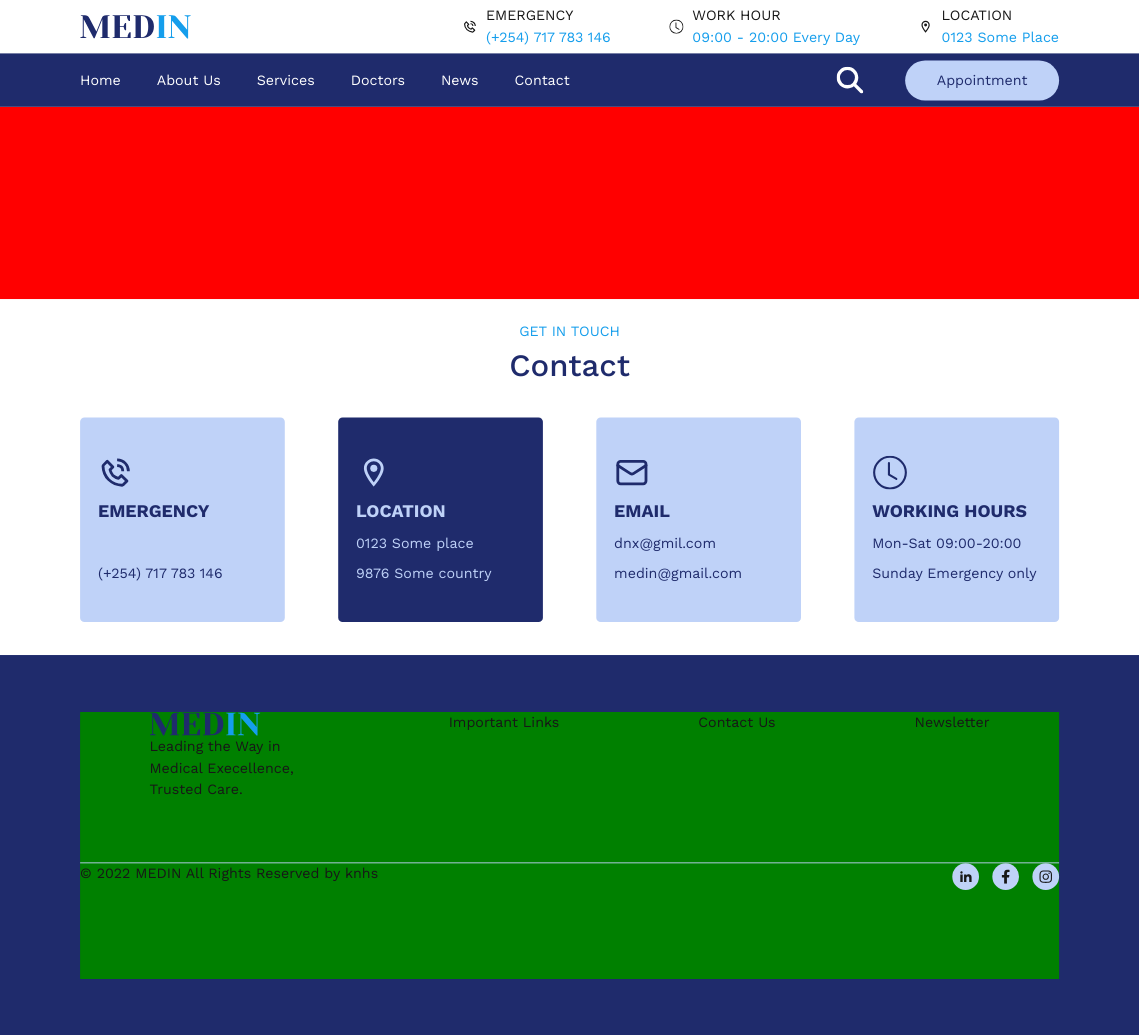
Repository: SynHK3/Poc_Hospital
Page: /appointment (app in fe_hospital/)
An editor plug-in stored every save of this project. The page is shown before and after the next save, followed by the edit.
The browser window is 1280 px wide. The pictures show the whole page, at 89% of full size.
The project was rebuilt for these pictures with package versions that can differ from the ones it lists, and the page was loaded fresh each time. The framework's server and built-in components were replaced by stand-ins that run in the browser. Also part of the build but not shown: fe_hospital/next.config.ts.

Above is the page before, as saved 2025-09-02 16:41:11.

After the next save:
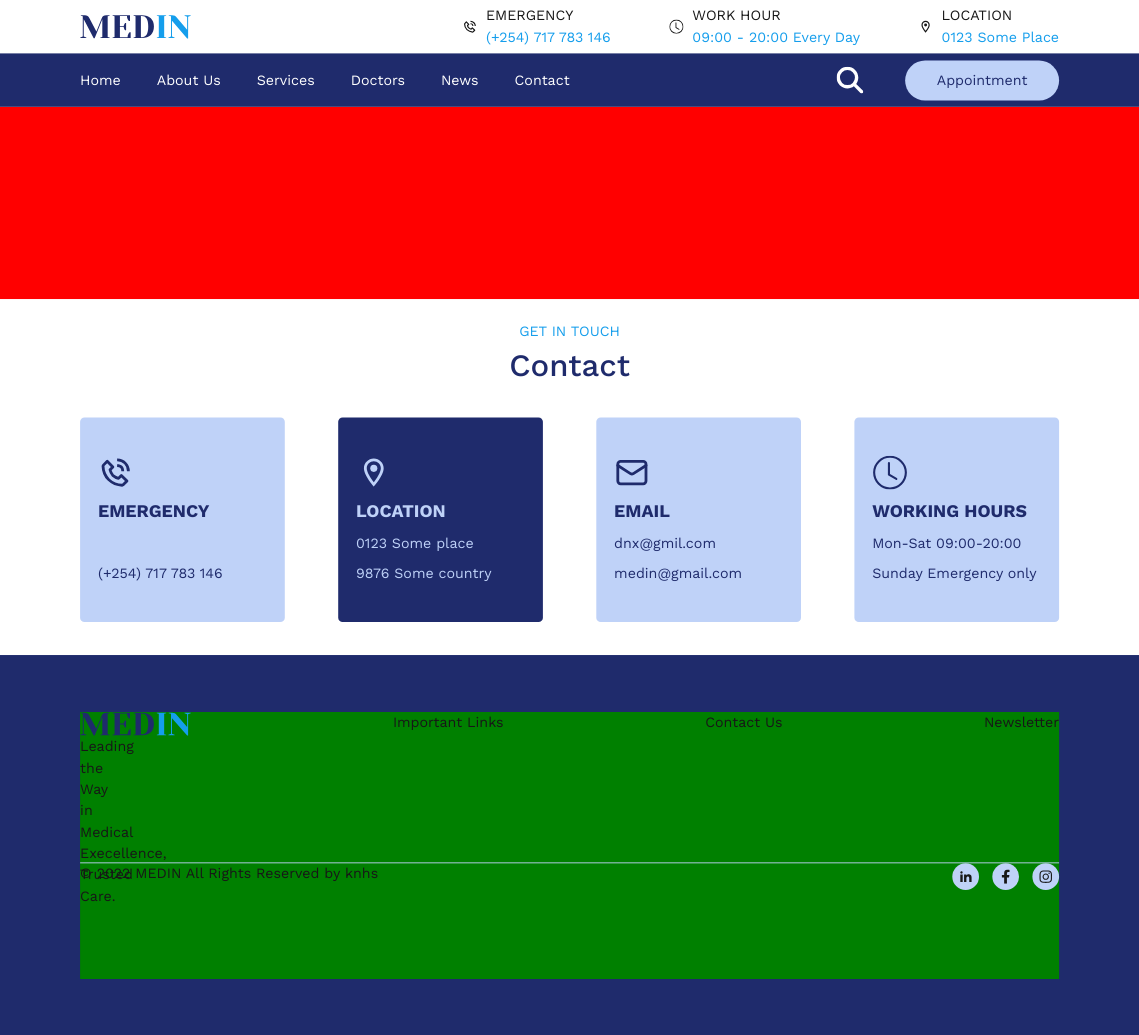
Saved 8 s later.
--- a/fe_hospital/src/components/footer/footer.css
+++ b/fe_hospital/src/components/footer/footer.css
@@ -16,12 +16,12 @@
 /* Footer Items  */
 .list__footer--item {
   display: flex;
-  justify-content: space-around;
+  justify-content: space-between;
   height: 169px;
 }
 
 .headline__footer {
-  width: 180px;
+  width: 10px;
 }
 
 /* Footer Line */
